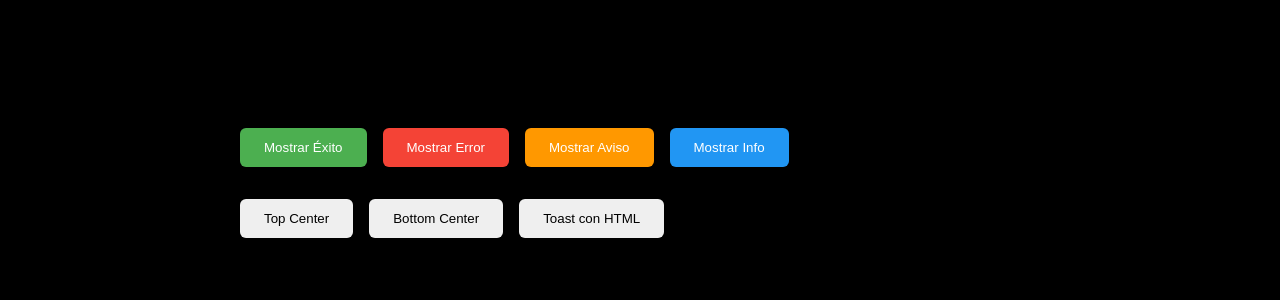
Repository: aitorcachero/aicadev-toast-message
Page: index.html
The author's editor kept a copy of each file at every save. The page is drawn from the files as they stood at one save, then again after the next save.
The browser window is 1280 px wide. The pictures show the whole page.

Above is the page before, as saved 2025-05-22 11:15:06.

After the next save:
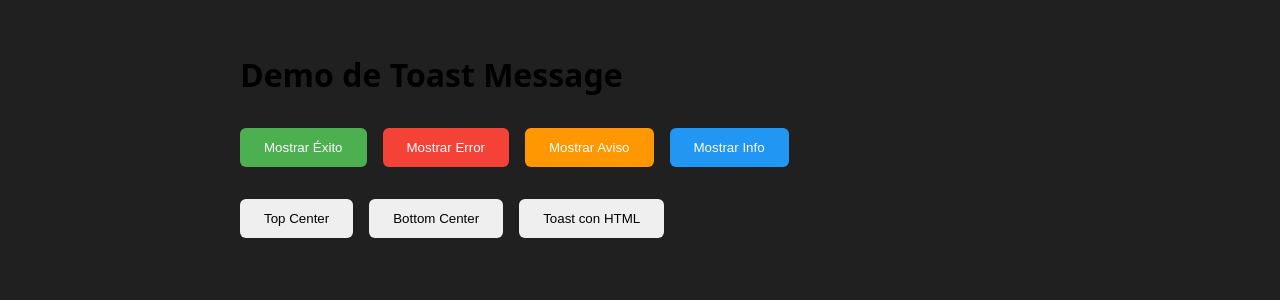
Saved 8 s later.
--- a/index.html
+++ b/index.html
@@ -10,7 +10,7 @@
       max-width: 800px;
       margin: 0 auto;
       padding: 2rem;
-      background-color: black;
+      background-color: rgb(32, 32, 32);
     }
 
     .button-group {
